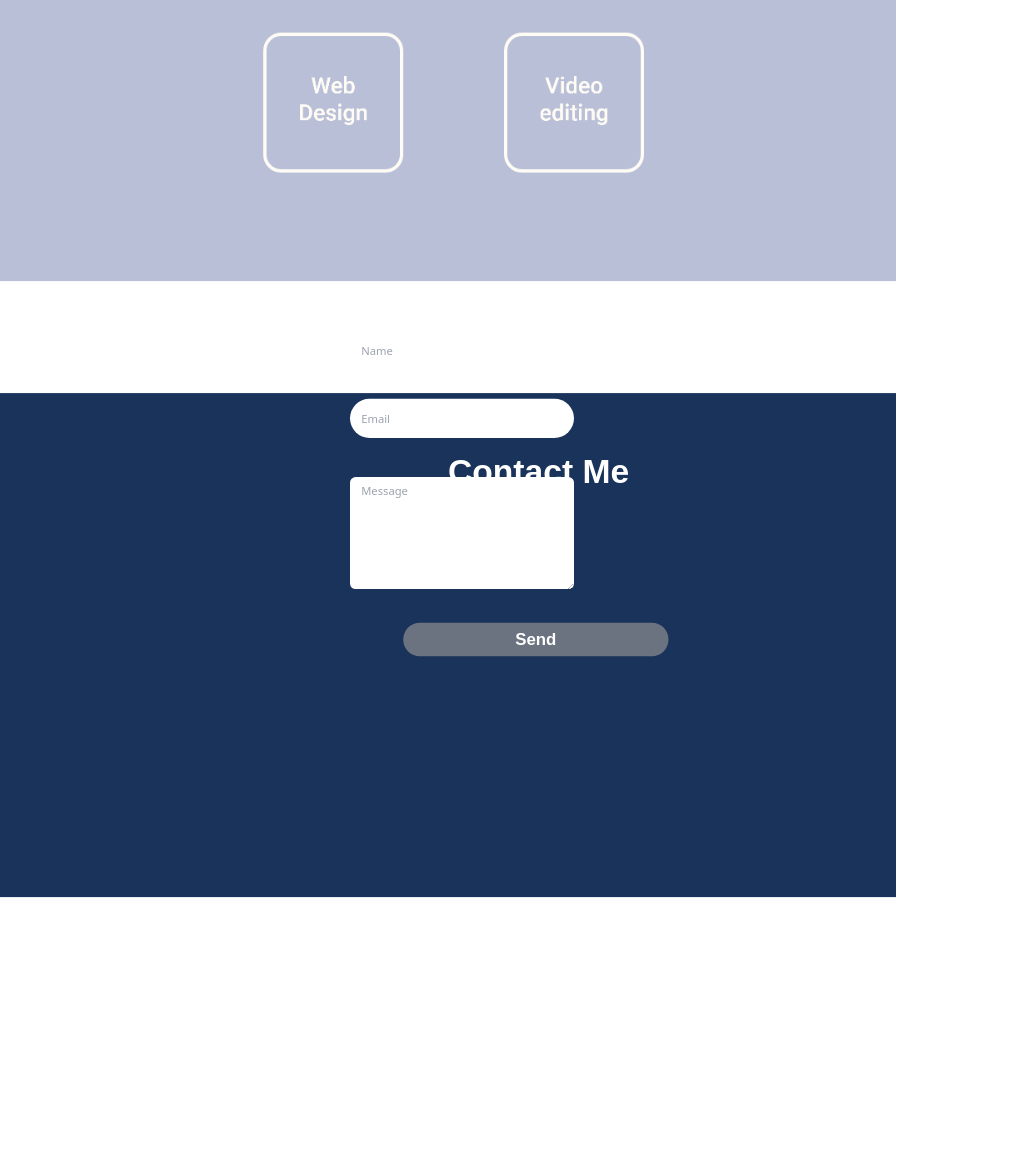
Repository: MEROO1010/my_portfolio
Page: /
These files come from the project's save history. The page is drawn as it stood at one moment and after the next save; the edit follows.
The browser window is 1280 px wide. The page is 1472 px wide, so the pictures cover 1472 px, including what lies to the right of the window. The pictures show the part of the page from y = 2962 to 4642 px (the page is 4883 px tall before and 4817 px after), at 70% of full size.
The project was rebuilt for these pictures with package versions that can differ from the ones it lists, and the page was loaded fresh each time. The framework's server and built-in components were replaced by stand-ins that run in the browser. Also part of the build but not shown: next.config.js.

Above is the page before, as saved 2023-10-03 12:25:35.

### pages/_app.tsx
import '../styles/globals.css'
import type { AppProps } from 'next/app'
import 'tailwindcss/tailwind.css'


function MyApp({ Component, pageProps }: AppProps) {
  return <Component {...pageProps} />
}

export default MyApp

### pages/index.tsx
import type { NextPage } from 'next'
import AboutMe from './components/AboutMe'
import ContactMe from './components/ContactMe'
import Experience from './components/Experience'
import HomePage from './components/HomePage'
import Services from './components/Services'

const Home: NextPage = () => {
  return (
    <div>

      <HomePage/>
      <AboutMe/>
      <Experience/>
      <Services/>
      <ContactMe/>
    </div>
  )
}

export default Home

### styles/globals.css
@tailwind base;
@tailwind components;
@tailwind utilities;
@import url('https://fonts.googleapis.com/css2?family=Raleway:ital,wght@0,400;0,500;0,600;0,700;1,500;1,600&display=swap')

### pages/components/AboutMe.tsx
import React from 'react'
import Image from 'next/image'


const AboutMe = () => {
  return (
    <div >


        <div className="  static my-80 py-80  top-20    ">
        <Image src="/assets/images/bg2.png" alt="laptop" width={1920} height={5200}/>
        </div>



        <div className=" text-[#FFFCF6] relative right-20 bottom-60     ">
            <div className=" absolute  mx-60 my-80 py-80 bottom-80  left-24
 ">
            <h1 className="  font-raleway font-bold  text-[50px]">About me</h1>
            <br/>
            </div>

            <div className="absolute  mx-24 py-80 bottom-32 left-24 ">
            <p className='font-raleway  font-medium   text-[50px]'>
            My name is Marwah Alsaggaf,<br/> and I'm software-developer <br/>
            and graphic designer. I <br/>
            graduated from Arab open <br/> university with a major in
             <br/> Information Technology and Computing
            </p>
            </div>
        </div>

    </div>
  )
}

export default AboutMe

### pages/components/ContactMe.tsx
import React from 'react';
import Form from './Form'

const ContactMe =() =>{


  return (
    <div className="relative py-30 bottom-80 ">
  <div className="relative bottom-80 h-screen ">
    <div className=" bg-[#19335A] static my-40 h-screen">
      <h1 className="absolute py-2 px-60 mx-20 top-20 left-80 font-raleway font-bold text-5xl text-white">
        Contact Me
      </h1>
      <Form />
    </div>
  </div>
</div>
  );
  }

export default ContactMe;

### pages/components/Experience.tsx
import React from "react";
import Image from "next/image";
import { motion } from "framer-motion";
import 'animate.css';


const Experience = () => {
  return (
    <div className="relative   bottom-80">
      <div className="relative  bottom-80      " >
      <div className="bg-[#19335A] static py-12">
        <div className="absolute px-60 py-20 mx-80 left-24  ">
          <h1 className="text-[#FFFCF6] text-[46px]  font-raleway font-bold ">
            Experience
          </h1>
        </div>
        <motion.div
      className="box"
      whileHover={{ scale: 1.1 }}
      transition={{ type: "spring", stiffness: 400, damping: 10 }}
      initial={{ opacity: 0, scale: 0.5 }}
      animate={{ opacity: 1, scale: 1 }}

    >
        <div >
          <Image
            className="relative mx-4 left-24 top-60 "
            src="/assets/images/programming-languges.png" alt={""}
            width={542}
            height={542}
            />
        </div>
        </motion.div>
        <div className="relative mx-60 left-80 bottom-80 ">
        <motion.div
      className="box"
      whileHover={{ scale: 1.1 }}
      transition={{ type: "spring", stiffness: 400, damping: 10 }}
      initial={{ opacity: 0, scale: 0.5 }}
      animate={{ opacity: 1, scale: 1 }}
    >
          <Image
            className="relative mx-60  left-8 top-11 "
            src="/assets/images/software.png"
            alt="laptop"
            width={542}
            height={542}
          />
        </motion.div>
        </div>


      </div>
    </div>
    </div>
  );
};

export default Experience;

### pages/components/HomePage.tsx
import React from 'react'
import Image from 'next/image'


const HomePage = () => {
  return (
    <div className='bg-slate-700'>
        <Image src="/header.png" alt="Header" width={2000} height={0}/>

        <div className='mx-16 py-1  top-1  absolute	  '>
        <Image src="/my_logo_white.png" alt="My Logo" width={50} height={0}/>
        </div>

        <div>
          <ul className=' relative   float-right flex flex-col  px-12 mx-40 py-1 right-28   bottom-14   space-x-16 md:flex-row text-[#FFFCF6] text-[24px] font-raleway'>
            <li>Home</li>
            <li>About Me</li>
            <li>Skills</li>
            <li>My Work</li>
            <li>Contact Me</li>
          </ul>
        </div>


       <div className=' absolute   '>
       <Image src="/assets/images/MainPage.png" alt="main image" width={1920} height={912}/>
        {/*add About Me button*/}
       <div className='absolute px-10 my-80 mx-60 left-80 top-32 '>
       <button className='bg-[#19335A] rounded-3xl w-60 h-10  text-[20px] text-[#B8BFD6] font-raleway font-semibold shadow-xl' >About me</button>
       </div>

        {/*add my others accounts list*/}

        <div>
          <ul className=' absolute   float-right flex flex-col top-80 py-60 px-40 mx-80 right-40   space-x-8 md:flex-row '>
            <li><a href='https://github.com/MEROO1010'><Image src="/assets/images/github.png" alt="main image" width={54} height={54}/></a></li>
            <li><a href='https://www.instagram.com/meroo_alsaggaf/'><Image src="/assets/images/instagram.png" alt="main image" width={64} height={53}/></a></li>
            <li><a href='https://www.behance.net/merooalsaggaf'><Image src="/assets/images/behance.png" alt="main image" width={54} height={54}/></a></li>
            <li><a href='https://www.linkedin.com/in/marwah-alsaggaf-ba44011b2/'><Image src="/assets/images/linkedIn.png" alt="main image" width={54} height={54}/></a></li>
          </ul>
        </div>
       </div>






    </div>
  )
}

export default HomePage

### pages/components/Services.tsx
import React from 'react'
import Square from './Square'

const Services = () => {
  return (
    <div className="relative  bottom-80">
      <div className="relative py-80 bottom-80 bg-[#B8BFD6]">
        <div className="h-40">
          {" "}
          {/* Change h-40 to h-auto */}
          <div>
            <h1 className="relative  px-80 bottom-80 left-60 mx-40 my-20  font-raleway font-bold text-4xl text-[#FFFCF6]">
              Service
            </h1>
          </div>
          <Square />
        </div>
      </div>
    </div>
  );
}

export default Services

### pages/components/Form.tsx
import React, { useState } from 'react';

const Form = () => {
  const [formData, setFormData] = useState({
    name: '',
    email: '',
    message: ''
  });

  const handleSubmit = async (e: { preventDefault: () => void; }) => {
    e.preventDefault();

    try {
      const response = await fetch('/api/contact', {
        method: 'POST',
        headers: {
          'Content-Type': 'application/json'
        },
        body: JSON.stringify(formData)
      });

      if (response.ok) {
        alert('Message sent successfully!');
        setFormData({ name: '', email: '', message: '' });
      } else {
        alert('Error sending message');
      }
    } catch (error) {
      console.error('Error:', error);
      alert('Error sending message');
    }
  };

  const handleChange = (e: { target: { name: any; value: any; }; }) => {
    const { name, value } = e.target;
    setFormData((prevData) => ({
      ...prevData,
      [name]: value
    }));
  };

  return (
    <div className="text-center">
      <form onSubmit={handleSubmit}>
        <input
          type="text"
          name="name"
          placeholder="Name"
          value={formData.name}
          onChange={handleChange}
          className="relative px-4 py-2 mx-4 my-2  left-5 bottom-24 rounded-full h-14 w-80"
        /><br/><br/>
        <input
          type="text"
          name="email"
          placeholder="Email"
          value={formData.email}
          onChange={handleChange}
          className="relative px-4 py-2 mx-4 my-2 left-5 bottom-24 rounded-full h-14 w-80"
        /><br/>
        <textarea
          name="message"
          placeholder="Message"
          value={formData.message}
          onChange={handleChange}
          className="relative px-4 py-2 mx-14 my-20 left-5 bottom-32 rounded-lg h-40 w-80"
        ></textarea>
        <button
          type="submit"
          className="absolute bottom-54 left-64 px-40 py-2 mx-80 my-40 font-raleway text-2xl font-semibold text-white bg-gray-500 w-120 h-12 rounded-full"
        >
          Send
        </button>
      </form>
    </div>
  );
};

export default Form;

### pages/components/Square.tsx
import React from 'react'
import Image from 'next/image'
import { motion } from "framer-motion";


const Square = () => {
  return (
    <div className="flex justify-center items-center h-screen relative  left-48 bottom-40">
    <div className="grid grid-cols-3 gap-20">

        <div className="relative right-40 bottom-60 ">
            <Image src="/assets/images/logodesign.png" alt="Logo Design" width={200} height={200} />
        </div>

        <div className="relative  right-40 bottom-60">
            <Image src="/assets/images/programming.png" alt="Programming" width={240} height={200} />
        </div>

        <div className="relative right-40 bottom-60">
            <Image src="/assets/images/uiux.png" alt="UI/UX Design" width={200} height={200} />
        </div>

        <div className="relative right-4 bottom-60">
            <Image src="/assets/images/webdesign.png" alt="Web Design" width={200} height={200} />
        </div>

        <div className="relative left-2 bottom-60">
            <Image src="/assets/images/videoediting.png" alt="Video Editing" width={200} height={200} />
        </div>
    </div>
</div>

  )
}

export default Square

### tailwind.config.js
/** @type {import('tailwindcss').Config} */
module.exports = {
   purge: ['./pages/**/*.{js,ts,jsx,tsx}', './components/**/*.{js,ts,jsx,tsx}'],
  content: [
    './pages/**/*.{js,ts,jsx,tsx}',
    './components/**/*.{js,ts,jsx,tsx}',
    './app/**/*.{js,ts,jsx,tsx}',
  ],
  theme: {
    extend:
    {
      fontFamily: {
        'raleway': ['Raleway', 'sans-serif']
      },
    },
  },
  plugins: [],
}

After the next save:
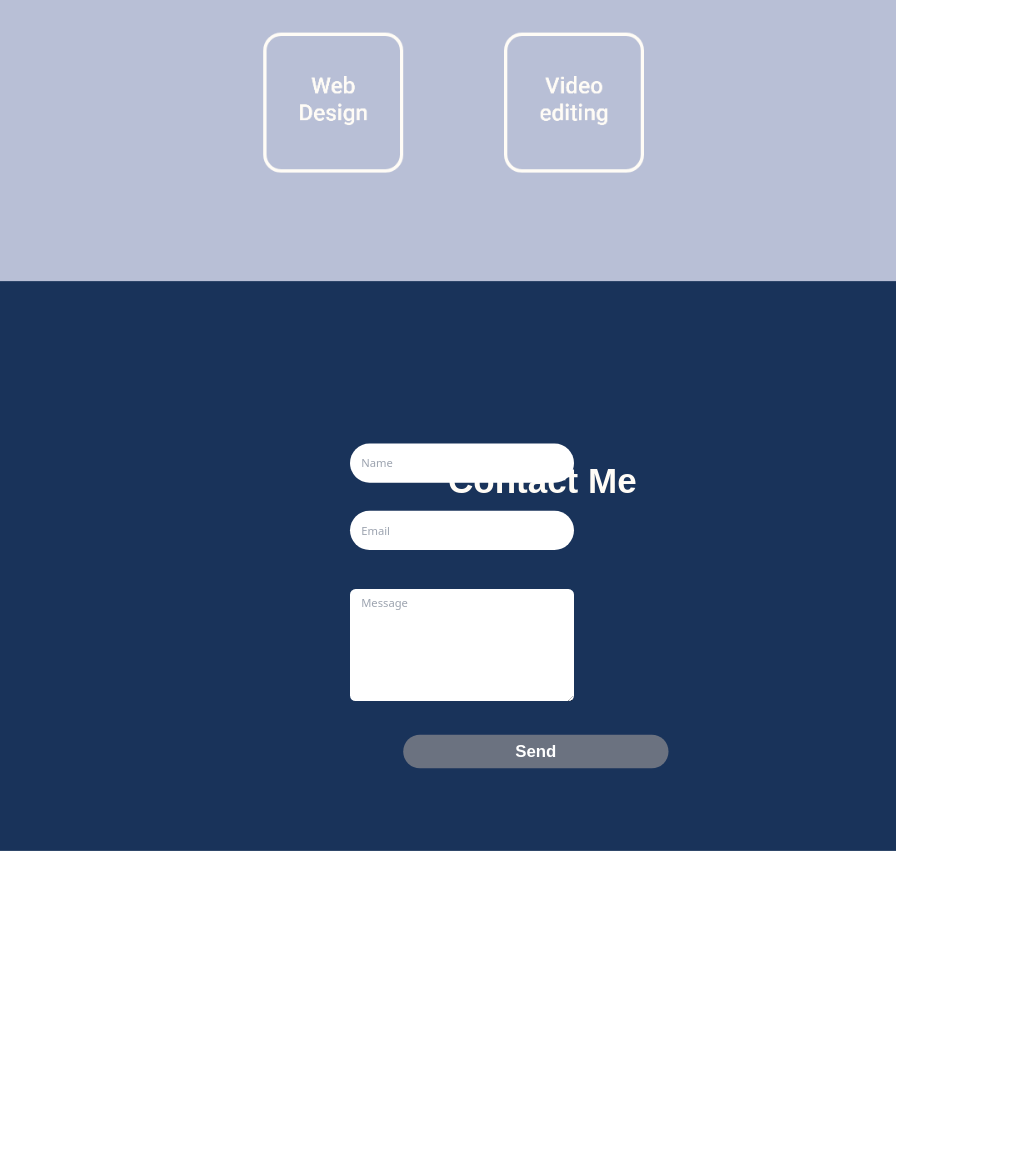
Saved 28 s later.
--- a/pages/components/ContactMe.tsx
+++ b/pages/components/ContactMe.tsx
@@ -5,16 +5,20 @@ const ContactMe =() =>{
 
 
   return (
-    <div className="relative py-30 bottom-80 ">
-  <div className="relative bottom-80 h-screen ">
-    <div className=" bg-[#19335A] static my-40 h-screen">
-      <h1 className="absolute py-2 px-60 mx-20 top-20 left-80 font-raleway font-bold text-5xl text-white">
-        Contact Me
-      </h1>
-      <Form />
+    <div className="relative  bottom-80">
+      <div className="relative  bottom-80">
+        <div className=" static   bottom-80      bg-[#19335A]">
+          <div className="h-100 relative py-40 top-40  ">
+            <div>
+              <h1 className=" absolute py-2 px-60 mx-20 top-20 left-80 font-raleway font-bold  text-[50px] text-[#FFFCF6]">
+                Contact Me
+              </h1>
+            </div>
+            <Form />
+          </div>
+        </div>
+      </div>
     </div>
-  </div>
-</div>
   );
   }
 
